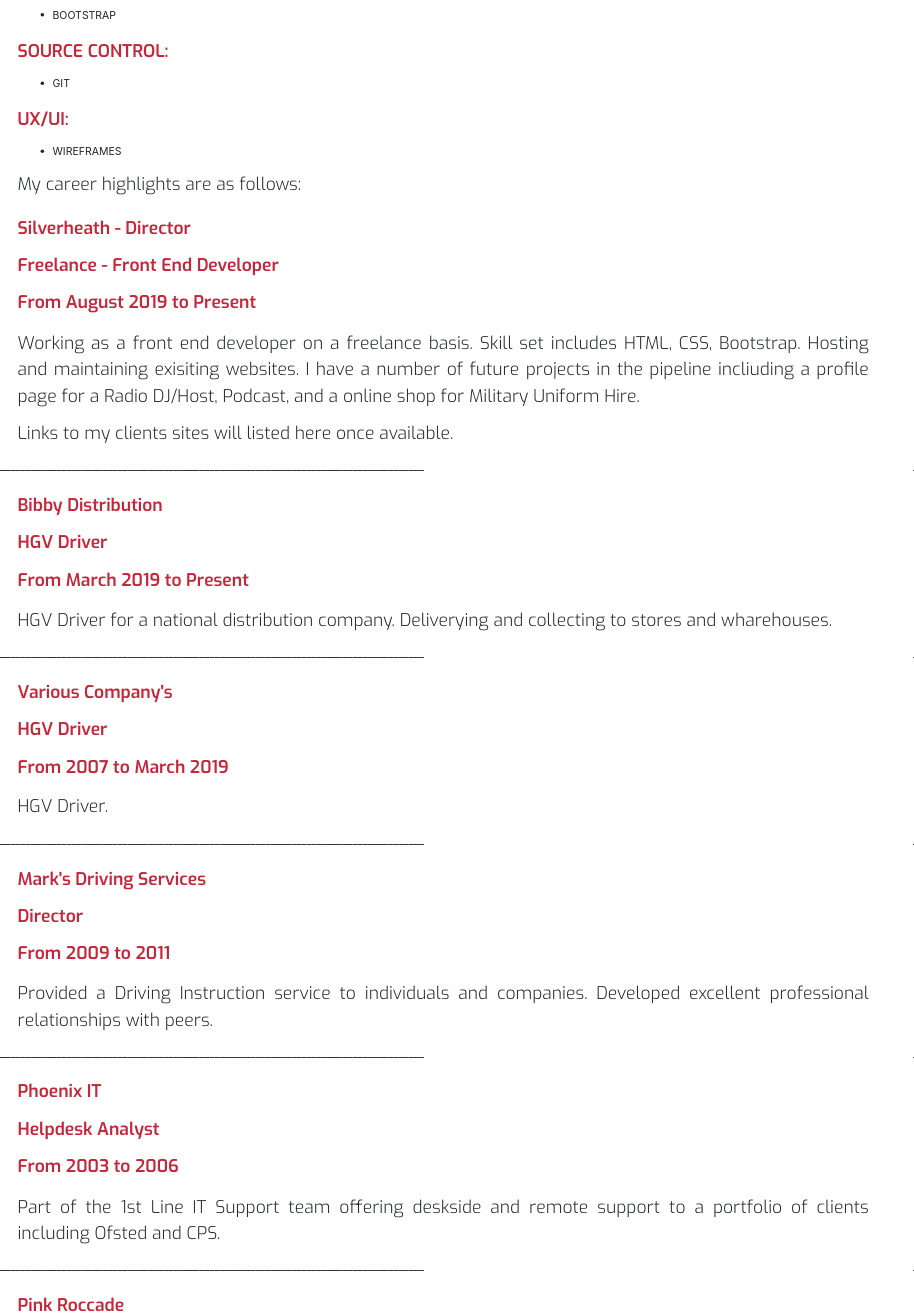
Repository: Code-Institute-Submissions/silverheath
Page: resume.html
The author's editor kept a record of every edit. The page is drawn from the files as they stood at one moment, then again after the next edit.
The browser window is 1280 px wide. The page is 1305 px wide, so the pictures cover 1305 px, including what lies to the right of the window. The pictures show the part of the page from y = 571 to 2451 px (the page is 2808 px tall before and 2795 px after), at 70% of full size.
Some web libraries are served in a nearby version.

Above is the page before.

### resume.html
<!DOCTYPE html>
<html lang="en">

<head>
    <meta name="author" content="Mark Dyson">
    <meta charset="UTF-8">
    <meta name="viewport" content="width=device-width, initial-scale=1.0">
    <meta http-equiv="X-UA-Compatible" content="ie=edge">
    <link rel="stylesheet" href="https://maxcdn.bootstrapcdn.com/bootstrap/4.2.1/css/bootstrap.min.css" type="text/css" />
    <link rel="stylesheet" href="https://maxcdn.bootstrapcdn.com/font-awesome/4.7.0/css/font-awesome.min.css" type="text/css" />
    <link rel="stylesheet" href="https://cdnjs.cloudflare.com/ajax/libs/hover.css/2.1.1/css/hover-min.css" type="text/css" />
    <link rel="stylesheet" href="assets/css/style.css">
    <title>Silverheath</title>
</head>

<body>
    <header>
        <div class="row no-gutters">
            <a class="col-md-2 logo" href="index.html"></a>
            <div class="col-md-10">
                <div class="row no-gutters bg-color-name-title uppercase">
                    <div class="col heading">
                        <h1 class="title" <h1 class="title">The complete website service</h1>

                    </div>
                </div>
            </div>
        </div>
        <div class="row no-gutters">
            <div class="col">
                <ul id="nav" class="list-inline menucontainer">
                    <li class="col-6 col-sm-3 list-inline-item ui-menu-color-home menuitem">
                        <a href="index.html" class="hvr-bounce-to-top"><span>Home</span></a>
                    </li>
                    <li class="col-6 col-sm-3 list-inline-item ui-menu-color-about menuitem">
                        <a href="about.html" class="hvr-bounce-to-bottom"><span>About</span></a>
                    </li>
                    <li class="col-6 col-sm-3 list-inline-item ui-menu-color-resume menuitem">
                        <a href="resume.html" class="hvr-bounce-to-top"><span>Resume</span></a>
                    </li>
                    <li class="col-6 col-sm-3 list-inline-item ui-menu-color-contact menuitem">
                        <a href="contact.html" class="hvr-bounce-to-bottom"><span>Contact Me</span></a>
                    </li>
                </ul>
            </div>
        </div>
        </div>
        </div>
    </header>
    <div>
        <h4 class="section-heading uppercase about-header">Skills:</h4>
        <div class=intro>
            <p>Whilst studdying I have gained the following skill set. This will of course expand during my course and the list will be updated to reflect this:</p>

        </div>
        <div>
            <h4 class="section-heading uppercase about-header">Frontend:</h4>
            <div class=resume-list uppercase>
            <ul>
                <li>HTML</li>
                <li>CSS</li>
            </ul>
            </div>
            <h4 class="section-heading uppercase about-header">Frameworks :</h4>
             <div class="resume-list uppercase">
            <ul>
                <li>Bootstrap</li>
            </ul>
            </div>
            <h4 class="section-heading uppercase about-header">Source control:</h4>
             <div class="resume-list uppercase">
            <ul>
                <li>Git</li>
            </ul>
            </div>
            <h4 class="section-heading uppercase about-header">UX/UI:</h4>
             <div class="resume-list uppercase">
            <ul>
                <li>Wireframes</li>
            </ul>
            </div>
        </div>
    </div>
    <div class=resume-spacer>
        <p> </p>
    </div>
    <div class=about>
        <p>My career highlights are as follows:</p>
        <p> </p>
    </div>
    <div class=about-header>
        <p>Silverheath - Director</p>
        <p>Freelance - Front End Developer</p>
        <p>From August 2019 to Present</p>
    </div>
    <div class=about>
        <p>Working as a front end developer on a freelance basis. Skill set includes HTML, CSS, Bootstrap. Hosting and maintaining exisiting websites. I have a number of future projects in the pipeline incliuding a profile page for a Radio DJ/Host, Podcast,
            and a online shop for Military Uniform Hire.</p>
        <p>Links to my clients sites will listed here once available.</p>
    </div>
    <div class=about-spacer>
        <p>___________________________________________________________________________________</p>
    </div>
    <div class=about-header>
        <p>Bibby Distribution</p>
        <p>HGV Driver</p>
        <p>From March 2019 to Present</p>
    </div>
    <div class=about>

        <p>HGV Driver for a national distribution company. Deliverying and collecting to stores and wharehouses.</p>
    </div>
    <div class=about-spacer>
        <p>___________________________________________________________________________________</p>
    </div>
    <div class=about-header>
        <p>Various Company's</p>
        <p>HGV Driver</p>
        <p>From 2007 to March 2019</p>
    </div>
    <div class=intro>
        <p>HGV Driver.</p>
    </div>
    <div class=about-spacer>
        <p>___________________________________________________________________________________</p>
    </div>
    <div class=about-header>
        <p>Mark's Driving Services</p>
        <p>Director</p>
        <p>From 2009 to 2011</p>
    </div>
    <div class=about>
        <p>Provided a Driving Instruction service to individuals and companies. Developed excellent professional relationships with peers.</p>
    </div>
    <div class=about-spacer>
        <p>___________________________________________________________________________________</p>
    </div>
    <div class=about-header>
        <p>Phoenix IT</p>
        <p>Helpdesk Analyst</p>
        <p>From 2003 to 2006</p>
    </div>
    <div class=about>
        <p>Part of the 1st Line IT Support team offering deskside and remote support to a portfolio of clients including Ofsted and CPS.</p>
    </div>
    <div class=about-spacer>
        <p>___________________________________________________________________________________</p>
    </div>

    <div class=about-header>
        <p>Pink Roccade</p>
        <p>Helpdesk Analyst</p>
        <p>From 1998 to 2003</p>
    </div>
    <div class=about>
        <p>Responsible for identifying, troubleshooting and resolving reported issues assigned in a 1st Line Support capacity.</p>



    </div>

    </div>











    </section>
    <footer class="container-fluid">
        <div id="footer-details" class="row">
            <div class="col-sm-4">
                <h5 class="uppercase general-sub">Mark Dyson</h5>
                <p class="inline-block">
                    07455 900078 </p>
            </div>
            <div class="col-sm-4">
                <h5 class="uppercase general-sub">Download</h5>
                <p class="inline-block">
                    Need a printable version of my CV? Download it here.
                    <a href="assets/cv/cv.pdf" target="_blank" class="cv-pdf">
                                  <i class="fa fa-download" aria-hidden="true"></i>
                                  <span class="sr-only">Download link.</span>
                              </a>
                </p>
            </div>
            <div class="col-sm-4">
                <h5 class="uppercase general-sub">Social</h5>
                <ul class="list-inline social-links">
                    <li class="list-inline-item">
                        <a target="_blank" href="https://www.facebook.com/T123MRD">
                                        <i class="fa fa-facebook" aria-hidden="true"></i>
                                        <span class="sr-only">Facebook</span>
                                    </a>
                    </li>
                    <li class="list-inline-item">
                        <a target="_blank" href="https://twitter.com/md1858">
                                        <i class="fa fa-twitter" aria-hidden="true"></i>
                                        <span class="sr-only">Twitter</span>
                                    </a>
                    </li>
                    <li class="list-inline-item">
                        <a target="_blank" href="https://www.linkedin.com/in/mark-dyson-ba7397a1/">
                                        <i class="fa fa-linkedin" aria-hidden="true"></i>
                                        <span class="sr-only">LinkedIn</span>
                                    </a>
                    </li>



                </ul>
            </div>
        </div>
    </footer>
</body>

</html>

### assets/css/style.css
@import url('https://fonts.googleapis.com/css?family=Roboto:100,200,300,400,500,600,700|Exo:100,200,300,400,500,600,700');

/*--------------------------------------------Colors*/

.bg-color-name-title {
    background-color: #D9D9D8;
}

.bg-color-main-section {
    background-color: #fff;
}

.bg-color-personal-info {
    background-color: #f4f4f4;
}

.bg-color-portfolio {
    background-color: #625986;
}

.bg-color-contact {
    background-color: white;
}

.ui-menu-color-home {
    background-color: #625986;
}

.ui-menu-color-resume {
    background-color: #625986;
}

.ui-menu-color-about {
    background-color: #C52639;
}

.ui-menu-color-contact {
    background-color: #C52639;
}

.ui-menu-color-download {
    background-color: #525252;
}

.row-table {
    display: table;
}

.section-column {
    display: table-cell;
    padding: 0 30px 30px;
    float: none;
}

.section-heading {
    font-family: "Exo", sans-serif;
    font-weight: 300;
    margin-top: 25px;
    margin-bottom: 60px;
}

.portfolio-heading {
    color: #625986;
    font-weight: bold;
}


/* ----------------------------------------Special paddings/margins/text */

h1,
h2,
h3,
h4 {
    margin: 0;
}

.uppercase {
    text-transform: uppercase;
}

.general-sub {
    font-family: "Exo", sans-serif;
    font-weight: 300;
    color: #C52639;
}

.inline-block {
    display: inline-block;
}

.row-table {
    display: table;
}

.section-column {
    display: table-cell;
    padding: 0 30px 30px;
    float: none;
}

.history-heading,
.section-heading {
    font-family: "Exo", sans-serif;
    font-weight: 300;
    margin-top: 25px;
    margin-bottom: 40px;
}

.bottom-resume {
    padding: 0 130px 130px;

}


/*--------------------------------------------Heading*/

header {
    margin: 0;
}

.heading {
    margin-top: 30px;
    margin-left: 5px;
    margin-bottom: 40px;
}

.logo {
    background: url("../images/logo.jpg");
    background-position: center;
    background-repeat: no-repeat;
    background-size: contain;
    background-color: #D9D9D8;
    min-height: 150px;
    max-height: 247px;
    transition: all .5s ease-in-out;
    -moz-transition: all .5s ease-in-out;
    -webkit-transition: all .5s ease-in-out;
}

.title {
    font-family: "Roboto", sans-serif;
    font-weight: 800;
    font-size: 60px;
    margin-top: 25px;
    margin-bottom: 10px;
    margin-left: 90px;
    color: #625986;
    text-align: left;
}

.list-inline-item:not(:last-child) {
    margin: 0;
}

.menucontainer {
    font-size: 0;
}

#nav li {
    font-size: 14px;
    padding: 0;
}

#nav {
    margin: 0;
}

.menuitem {
    height: 60px;
    text-align: center;

}

.menuitem a {
    width: 100%;
    text-decoration: none;
    color: #fff;
    height: 60px;
}

.menuitem span {
    display: block;
    width: 100%;
    padding-top: 10px;
    text-align: center;
    text-transform: uppercase;
    font-size: 25px;
    font-weight: 300;
    letter-spacing: 2px;
}

/*----------------------intro----------------------*/

.intro {
    font-family: "Exo", sans-serif;
    text-align: justify;
    font-size: 25px;
    font-weight: 300;
    margin-top: 10px;
    margin-bottom: 10px;
    margin-left: 25px;
    width: 95%;

}

.intro-header {
    font-family: "Exo", sans-serif;
    text-align: left;
    font-size: 25px;
    font-weight: 600;
    margin-top: 25px;
    margin-bottom: 20px;
    margin-left: 25px;
    width: 100%;
    color: #C52639;

}

/*----------------------about----------------------*/

.about {
    font-family: "Exo", sans-serif;
    text-align: justify;
    font-size: 25px;
    font-weight: 300;
    margin-top: 10px;
    margin-bottom: 10px;
    margin-left: 25px;
    width: 95%;

}

.about-header {
    font-family: "Exo", sans-serif;
    text-align: left;
    font-size: 25px;
    font-weight: 600;
    margin-top: 25px;
    margin-bottom: 20px;
    margin-left: 25px;
    width: 100%;
    color: #C52639;

}


/*----------------------resume---------------------*/

span.a {
    display: inline;
    width: 200px;
    height: 200px;
    padding: 5px;
    border: 2px solid black;
    background-color: white;
    margin-left: 25px;
    font-weight: bold;
    width: 90%;
}

.resume-spacer {
    margin-bottom: 30px;
    margin-top: 30px;
}

.resume-list {
    margin-left: 35px;
    font-size: 15px;
}

.resume-one {
    color: #C52639;
    margin-left: 35px;
    font-weight: 600;
    font-size: 25px;
    margin-top: 25px;
}

.resume-spacer {
    text-align: center;
    color: #C52639;
    font-size: 40px;
    font-weight: 600;
    margin-top: 5px;
    margin-bottom: 5px;


}

.resume {
    font-family: "Exo", sans-serif;
    text-align: justify;
    font-size: 25px;
    font-weight: 300;
    margin-top: 1px;
    margin-bottom: 1px;
    margin-left: 25px;
    width: 95%;

}

.resume-header {
    font-family: "Exo", sans-serif;
    text-align: left;
    font-size: 25px;
    font-weight: 600;
    margin-top: 5px;
    margin-bottom: 20px;
    margin-left: 25px;
    width: 100%;
    color: #625986;

}






/*----------------------summary----------------------*/

.topline {
    padding-top: 20px;
    padding-bottom: 10px;
    margin-bottom: 15px;
    margin-left: 200;
    text-align: center;
    font-size: 40px;
    text-transform: uppercase;
    font-weight: bold;
    color: #625986;
}

.middleline {
    padding-top: 10px;
    padding-bottom: 10px;
    margin-bottom: 15px;
    margin-left: 200;
    text-align: center;
    font-size: 40px;
    text-transform: uppercase;
    font-weight: bold;
    color: #625986;
}

.bottomline {
    padding-top: 10px;
    padding-bottom: 30px;
    margin-bottom: 15px;
    margin-left: 200;
    text-align: center;
    font-size: 40px;
    text-transform: uppercase;
    font-weight: bold;
    color: #625986;
}
/*----------------------Contact----------------------*/
.contact {
    font-family: "Exo", sans-serif;
    text-align: justify;
    font-size: 25px;
    font-weight: 300;
    margin-top: 1px;
    margin-bottom: 1px;
    margin-left: 25px;
    width: 95%;

}

.contact-header {
    font-family: "Exo", sans-serif;
    text-align: left;
    font-size: 25px;
    font-weight: 600;
    margin-top: 5px;
    margin-bottom: 20px;
    margin-left: 25px;
    width: 100%;
    color: #C52639;

}

.contact-padding {
    margin-top: 30px;


}

.contact-paddingtop {
    margin-top: 60px;


}








/*--------------------------------------------Heading*/

.heading-padding {
    margin-top: 30px;

}
/*----------------------Hover.css----------------------*/

/* hvr-underline-from-center:before */

hvr-outline-out {
    background: #C52639;
    height: 40px;
}

/* ----------------------Footer---------------------- */

footer {
    background-color: #525252;
    color: #C52639;
    min-height: 120px;
    margin: 0;
}

.cv-pdf i {
    font-size: 18px;
    color: #625986;
    text-align: center;
    padding-left: 5px;
    transition: all 0.35s ease-in-out;
    -moz-transition: all 0.35s ease-in-out;
    -webkit-transition: all 0.35s ease-in-out;
    -o-transition: all 0.35s ease-in-out;
}

.cv-pdf i:hover {
    color: #C52639;
}

.social-links {
    padding-bottom: 15px;
}

.social-links li a i {
    width: 32px;
    height: 32px;
    padding: 12px 0;
    border-radius: 50%;
    font-size: 13px;
    line-height: 7px;
    text-align: center;
    color: #C52639;
    background: #8f8f8f;
    transition: all 0.35s ease-in-out;
    -moz-transition: all 0.35s ease-in-out;
    -webkit-transition: all 0.35s ease-in-out;
    -o-transition: all 0.35s ease-in-out;
}

.social-links li a i:hover {
    background: #625986;
}

#footer-details {
    padding: 20px;
    background-color: #D9D9D8;
    color: #C52639;
    font-weight: bold;
}


/* ----------------------Media Queries---------------------- */

@media(min-width: 992px) {
    .center-form {
        padding-top: 30px;
        min-height: 240px;
        margin: 0 auto;
        max-width: 50%;
    }
}

@media(max-width: 400px) {
    .center-form {
        padding-top: 30px;
        min-height: 240px;
        margin: 0 auto;
        max-width: 50%;
    }
    .title {
        font-size: 40px;
        text-align: left;
        max-width: 100px;
        padding-left: 5px;
    }
    .intro {
        max-width: 300px;
    }
    .intro-heading {
        max-width: 300px;
    }
}

After the next edit:
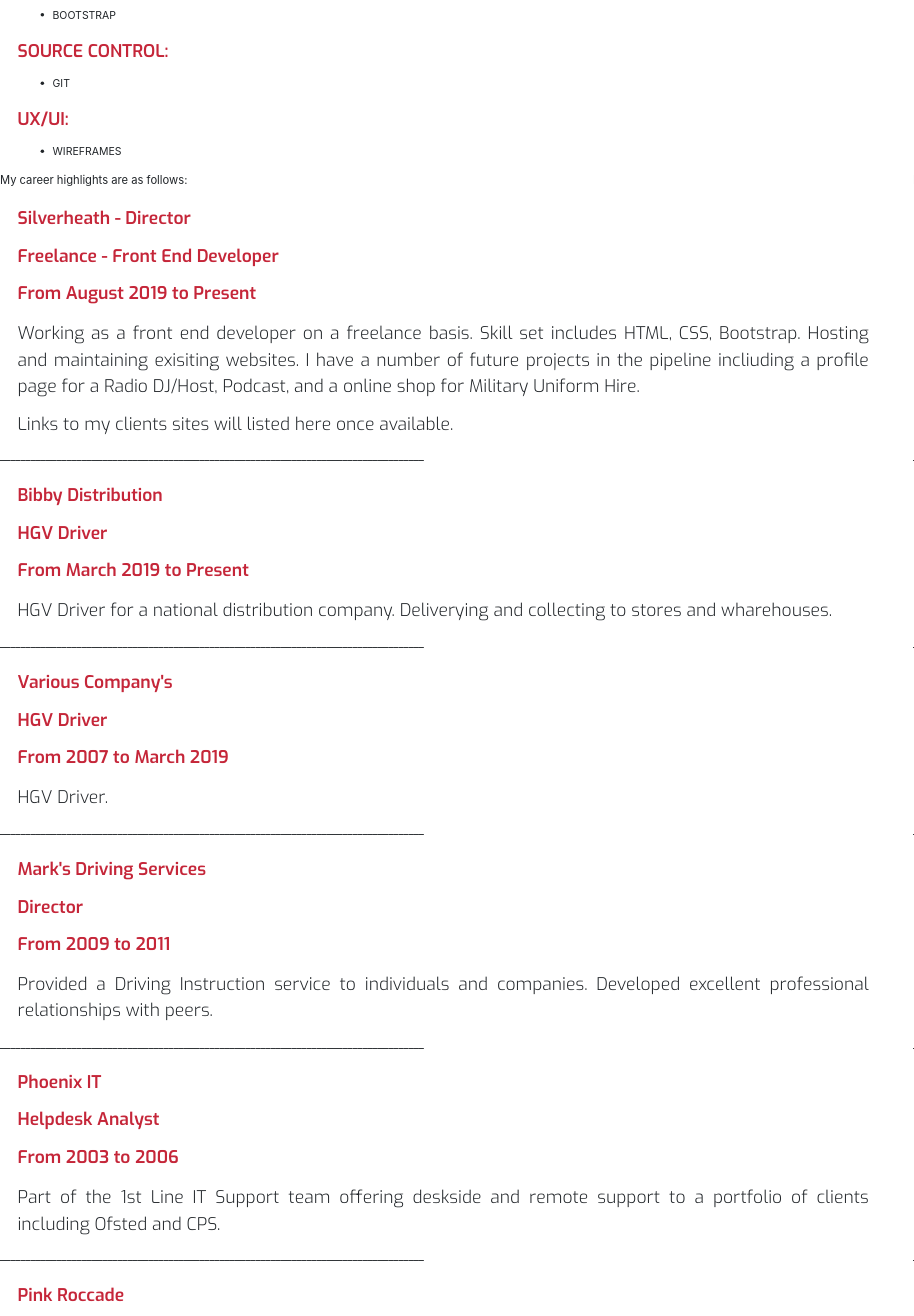
The edit:
--- a/resume.html
+++ b/resume.html
@@ -84,7 +84,8 @@
     <div class=resume-spacer>
         <p> </p>
     </div>
-    <div class=about>
+
+    <div class=about-one>
         <p>My career highlights are as follows:</p>
         <p> </p>
     </div>
